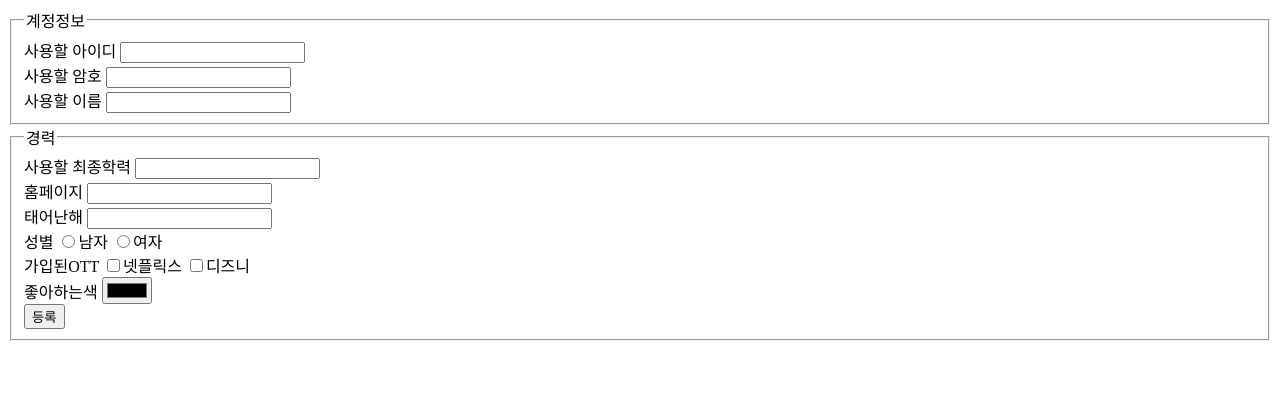
Repository: ybshim90/sesac1
Page: day_20211217_01_web/src/main/webapp/regist.html
These files come from the project's save history. The page is drawn as it stood at one moment and after the next save; the edit follows.
The browser window is 1280 px wide. The pictures show the whole page.

Above is the page before, as saved 2021-12-17 06:04:40.

### day_20211217_01_web/src/main/webapp/regist.html
<!DOCTYPE html>
<html>
	<head>
		<meta charset="UTF-8">
		<title>Insert title here</title>
	</head>
	<body>
		<form action="jsp/form1.jsp" method="get">
			<fieldset>
				<legend>계정정보</legend>
				<label> 사용할 아이디
					<input type="text" name="memid">
				</label><br>

				<label for="id_pw">사용할 암호</label>
				<input type="password" name="mempw" id="id_pw"><br>

				사용할 이름
				<input type="text" name="memname"><br>

			</fieldset>

			<fieldset>
				<legend>경력</legend>

				<label>사용할 최종학력
					<input type="search" name="keyword">
				</label><br>

				<label>홈페이지
					<input type="url" name="homepage">
				</label><br>

				<label>태어난해
					<input type="number" name="birthYear">
				</label><br>

				<label>성별
					<input type="radio" value="male" name="gender">남자
					<input type="radio" value="female" name="gender">여자
				</label><br>

				<label>가입된OTT
					<input type="checkbox" name="ott" value="netflix">넷플릭스
					<input type="checkbox" name="ott" value="disney">디즈니
				</label><br>

				<label>좋아하는색
					<input type="color" name="color">
				</label><br>

				<input type="submit" value="등록">
			</fieldset>
		</form>
	</body>
</html>

After the next save:
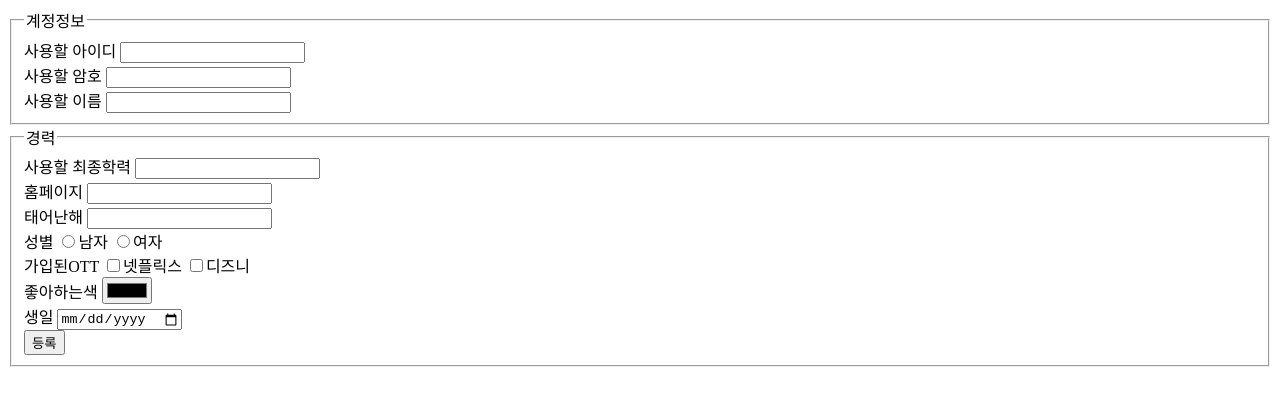
Saved 6 min 13 s later.
--- a/day_20211217_01_web/src/main/webapp/regist.html
+++ b/day_20211217_01_web/src/main/webapp/regist.html
@@ -49,6 +49,10 @@
 					<input type="color" name="color">
 				</label><br>
 
+				<label>생일
+					<input type="date" name="birthdate">
+				</label><br>
+
 				<input type="submit" value="등록">
 			</fieldset>
 		</form>
